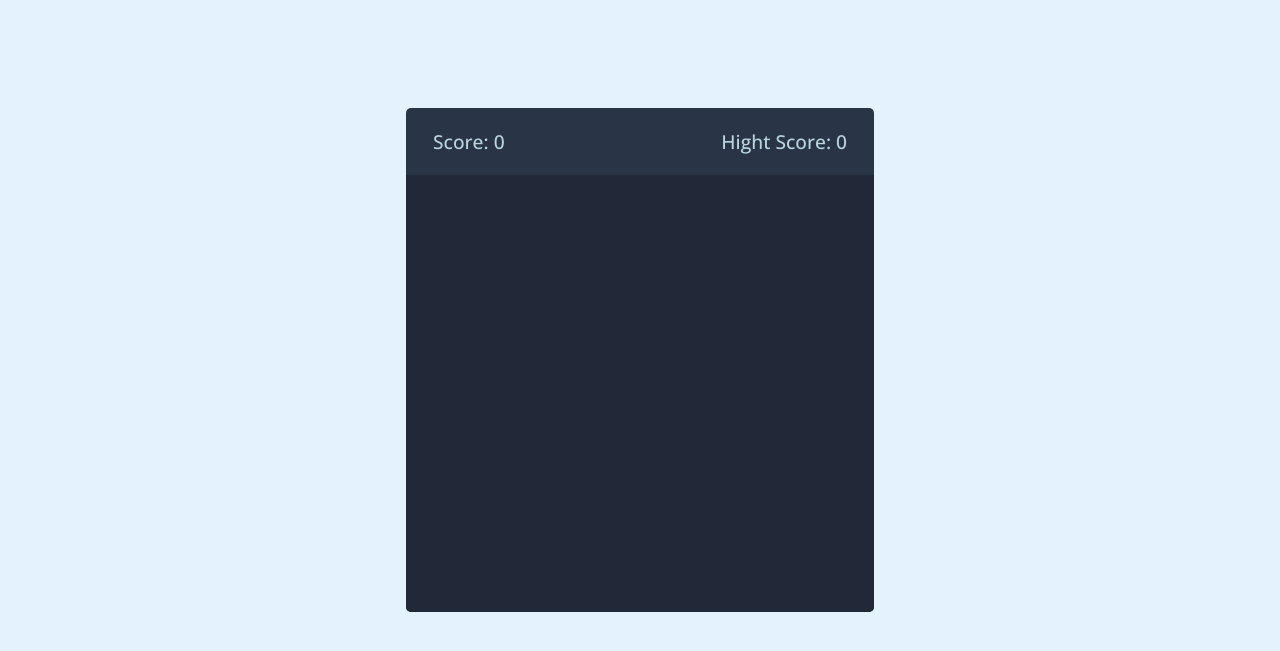
Repository: litaiqiang1407/JS
Page: Snake Game/index.html
These files come from the project's save history. The page is drawn as it stood at one moment and after the next save; the edit follows.
The browser window is 1280 px wide. The pictures show the whole page.

Above is the page before, as saved 2023-05-17 13:36:30.
Console error: TypeError: Cannot read properties of undefined (reading 'key')

After the next save:
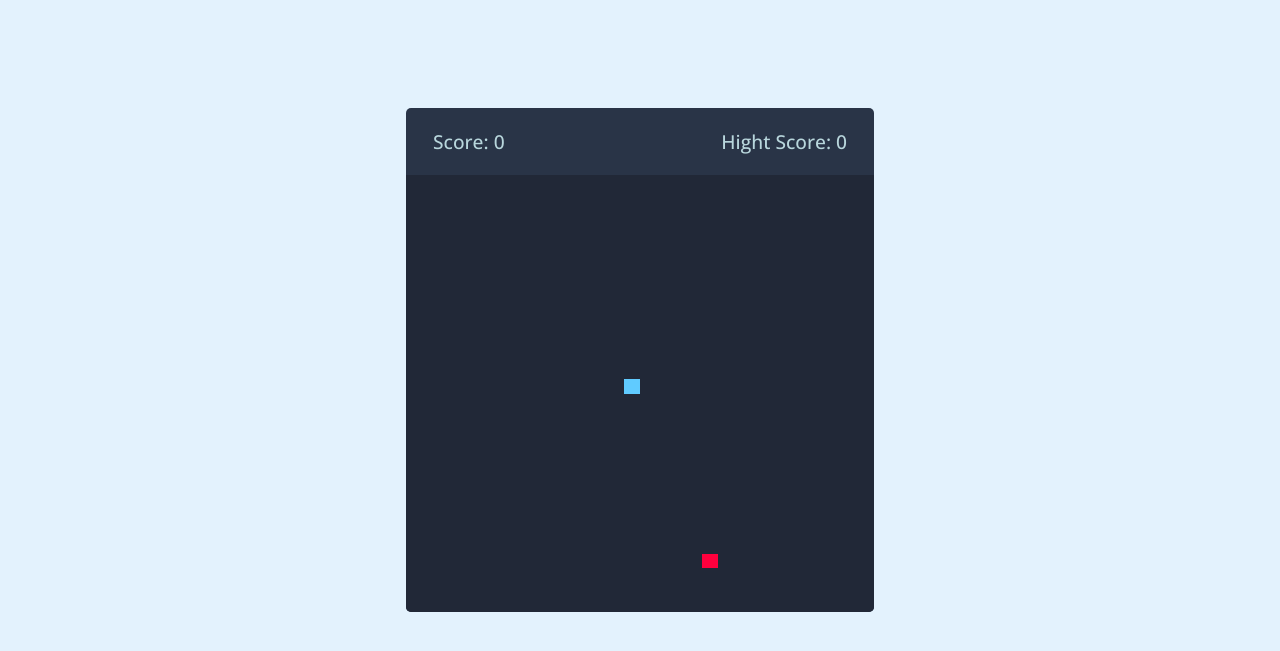
The error is gone.
Saved 28 s later.
--- a/Snake Game/script.js
+++ b/Snake Game/script.js
@@ -40,6 +40,5 @@ function initGame() {
   playBoard.innerHTML = htmlMarkup;
 }
 
-controlDirectionSnake();
 changePositionFood();
 initGame();
